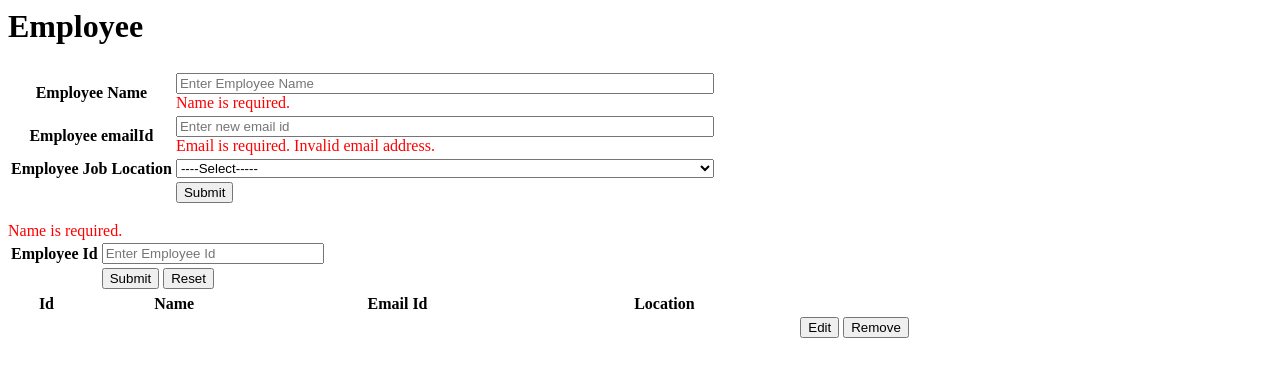
Repository: Dipak27/Dipak-s-front-end
Page: http://localhost/Traning_Management/employeecreate.jsp
An editor plug-in stored every save of this project. The page is shown before and after the next save, followed by the edit.
The browser window is 1280 px wide. The pictures show the whole page.
The page is served by Tomcat 9.

Above is the page before, as saved 2016-11-10 09:44:59.

After the next save:
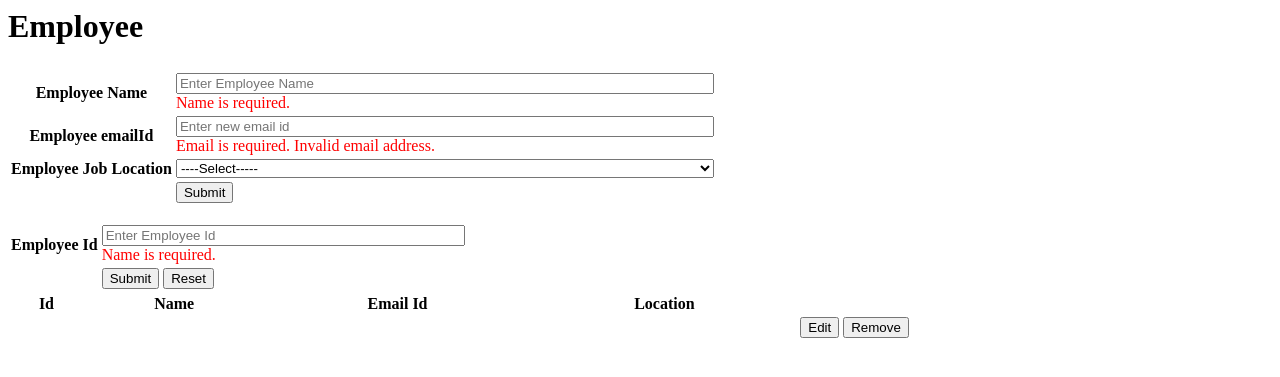
Saved 33 s later.
--- a/Training Management Project/Traning_Management/src/main/webapp/employeecreate.jsp
+++ b/Training Management Project/Traning_Management/src/main/webapp/employeecreate.jsp
@@ -85,10 +85,12 @@
 												<th>
 													Employee Id
 												</th>
-												<td><input type="text" placeholder="Enter Employee Id" ng-model="emp.employee.emp_id" style="width:120%" value=""></td>
-												<span style="color:red" ng-show="empfrm.emp.employee.emp_name.$dirty && empfrm.emp.employee.emp_name.$invalid">
+												<td><input type="text" placeholder="Enter Employee Id" ng-model="emp.employee.emp_id" style="width:120%" value="">
+													<span style="color:red" ng-show="empfrm.emp.employee.emp_name.$dirty && empfrm.emp.employee.emp_name.$invalid">
   														<span ng-show="empfrm.emp.employee.emp_name.$error.required">Name is required.</span>
   												</span>
+												</td>
+
 											</tr>
 
 										<tr>
